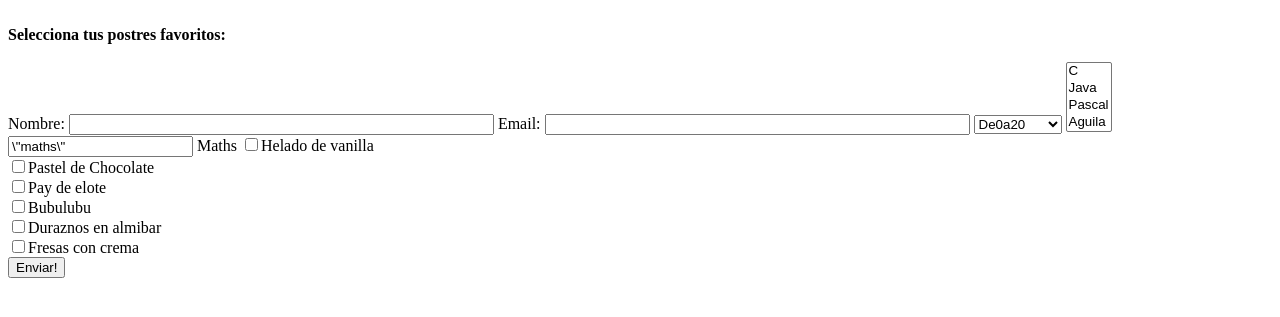
Repository: ebaglio/trabajophp
Page: http://localhost/ejercicioformularios.php
These files come from the project's save history. The page is drawn as it stood at one moment and after the next save; the edit follows.
The browser window is 1280 px wide. The pictures show the whole page.
The page is run by PHP 8.4 with error messages shown; the project is at /var/www/html/.

Above is the page before, as saved 2012-05-04 10:29:11.

After the next save:
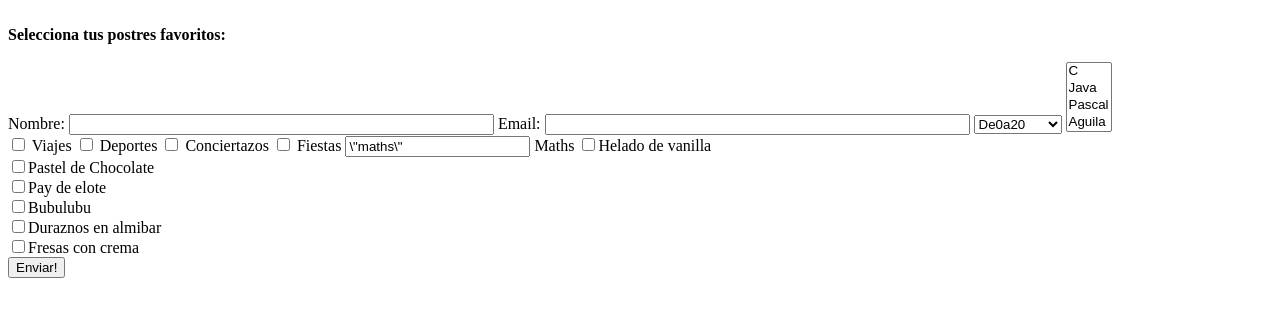
Saved 2 min 4 s later.
--- a/curso1/ejercicioformularios.php
+++ b/curso1/ejercicioformularios.php
@@ -21,10 +21,13 @@
    <option value=\"Pascal\">Pascal</option>
    <option value=\"Aguila\">Aguila</option>
 </select><br>
-
-
 </tr>
-
+<tr>
+	<input type="checkbox" name="viajes" value="on" /> Viajes
+	<input type="checkbox" name="deportes" value="on" /> Deportes
+	<input type="checkbox" name="conciertazos" value="on" /> Conciertazos
+	<input type="checkbox" name="fiestas" value="on" /> Fiestas
+</tr>
 
 
 <input type=\"radio\" name=\"subject\" value=\"maths\" /> Maths
